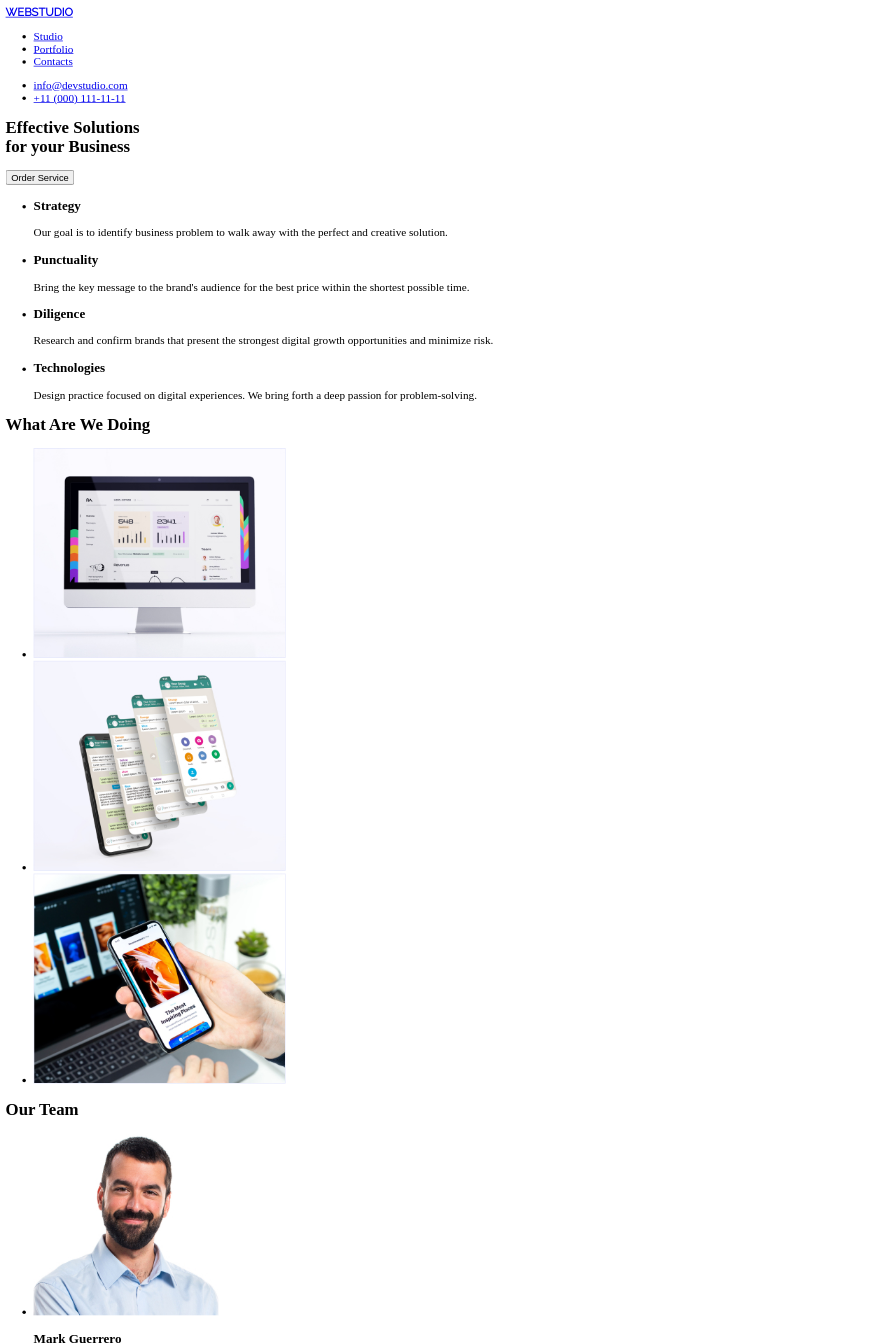
Repository: jandiman/goit-markup-hw-02
Page: index.html
An editor plug-in stored every save of this project. The page is shown before and after the next save, followed by the edit.
The browser window is 1280 px wide. The pictures show the part of the page from y = 0 to 1920 px (the page is 3153 px tall before and 3158 px after), at 70% of full size.

Above is the page before, as saved 2023-07-04 22:17:17.

After the next save:
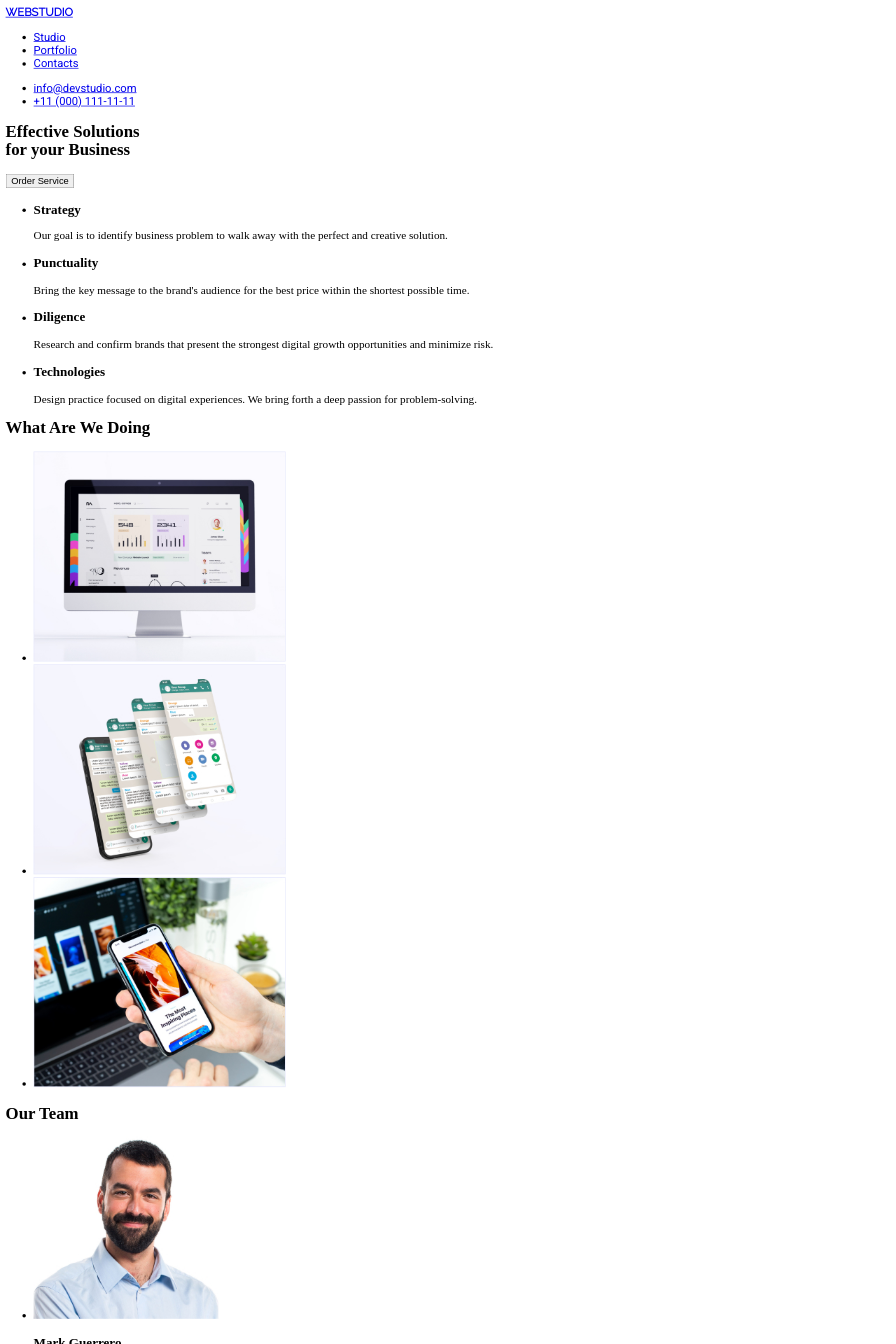
Saved 8 min 41 s later.
--- a/index.html
+++ b/index.html
@@ -19,15 +19,19 @@
         <a href="./index.html" class="a">WEBSTUDIO</a>
         <!--links-->
         <ul>
-          <li><a href="./index.html">Studio</a></li>
-          <li><a href="./portfolio.html">Portfolio</a></li>
-          <li><a href="#">Contacts</a></li>
+          <li>
+            <a href="./index.html" class="c">Studio</a>
+          </li>
+          <li><a href="./portfolio.html" class="c">Portfolio</a></li>
+          <li><a href="#" class="c">Contacts</a></li>
         </ul>
       </nav>
       <!--contact info-->
       <ul>
-        <li><a href="mailto:info@devstudio.com">info@devstudio.com</a></li>
-        <li><a href="tel:+110001111111">+11 (000) 111-11-11</a></li>
+        <li>
+          <a href="mailto:info@devstudio.com" class="b">info@devstudio.com</a>
+        </li>
+        <li><a href="tel:+110001111111" class="b">+11 (000) 111-11-11</a></li>
       </ul>
     </header>
 
